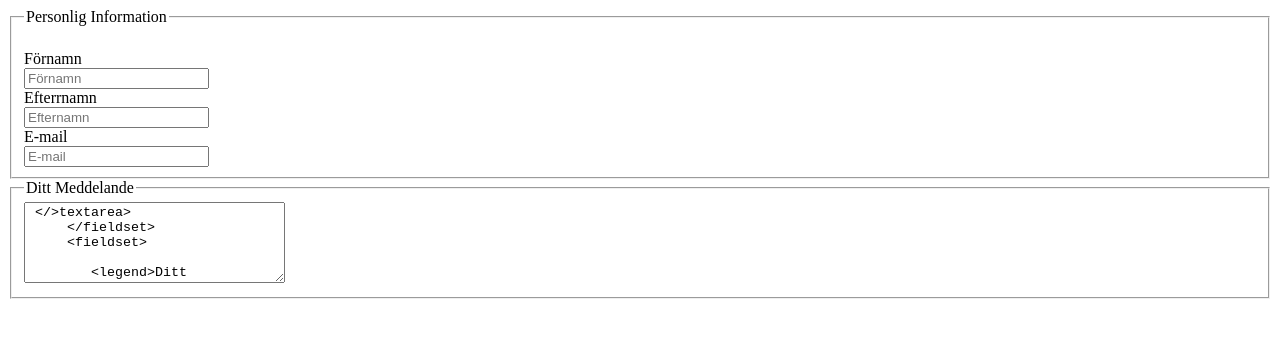
Repository: dn222em/1ik415-laborationer
Page: pages/Kontakt.html
The author's editor kept a record of every edit. The page is drawn from the files as they stood at one moment, then again after the next edit.
The browser window is 1280 px wide. The pictures show the whole page.

Above is the page before.

### pages/Kontakt.html
<!doctype html>
<html lang="sv">
<head>
    <meta charset="utf-8" />
    <title>Kontakt</title>
</head>
<body>

<form metod="post" action="script.php">
   <fieldset>
       <legend>Personlig Information</legend>
           <br> Förnamn</br>
        <input required placeholder="Förnamn" maxlength="13" type="text" name="namn">
            <br>Efterrnamn</br>
        <input placeholder="Efternamn" maxlength="16 type="Text" name="efternamn">
            <br>E-mail</br>
        <input placeholder="E-mail" type="email" name="email">
    </fieldset>

    <fieldset>

        <legend>Ditt Meddelande</legend>

        <textarea required rows="5" cols="30"
        skriv ditt meddelande> </>textarea>
     </fieldset>
     <fieldset>

        <legend>Ditt Meddelande</legend>
        <input type="checkbox">
        <input type="submit" value="Skicka Mig" />
         </fieldset>
        </form>


    </body>
    </html>

After the next edit:
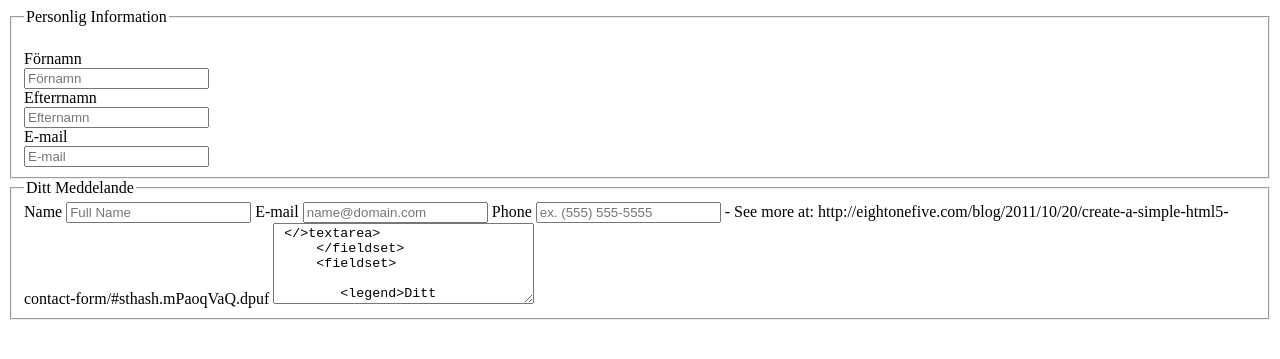
The edit:
--- a/pages/Kontakt.html
+++ b/pages/Kontakt.html
@@ -19,6 +19,15 @@
 
     <fieldset>
 
+    <label for="name">Name</label>
+<input type="text" name="name" placeholder="Full Name">
+
+<label for="email">E-mail</label>
+<input type="email" name="email" placeholder="name@domain.com">
+
+<label for="phone">Phone</label>
+<input type="tel" name="phone" placeholder="ex. (555) 555-5555">
+- See more at: http://eightonefive.com/blog/2011/10/20/create-a-simple-html5-contact-form/#sthash.mPaoqVaQ.dpuf
         <legend>Ditt Meddelande</legend>
 
         <textarea required rows="5" cols="30"
